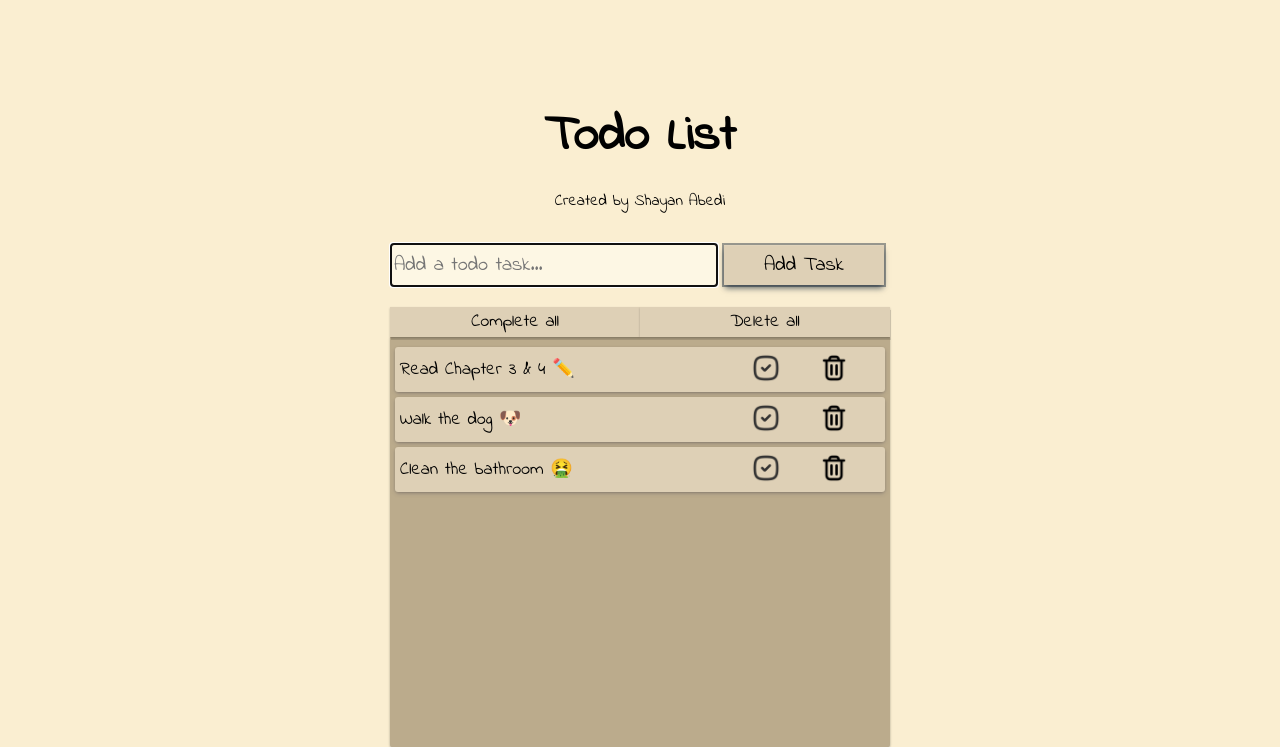
Repository: shayanabedi98/todo-list
Page: /
These files come from the project's save history. The page is drawn as it stood at one moment and after the next save; the edit follows.
The browser window is 1280 px wide. The pictures show the whole page.
The first visible `.create-task input` has the focus.
The project was rebuilt for these pictures with package versions that can differ from the ones it lists, and the page was loaded fresh each time. Also part of the build but not shown: vite.config.js.

Above is the page before, as saved 2023-12-30 20:23:09.

### index.html
<!doctype html>
<html lang="en">
  <head>
    <meta charset="UTF-8" />
    <link rel="icon" type="image/svg+xml" href="./src/assets/pencil-svgrepo-com.png" />
    <meta name="viewport" content="width=device-width, initial-scale=1.0" />
    <link rel="preconnect" href="https://fonts.googleapis.com">
    <link rel="preconnect" href="https://fonts.gstatic.com" crossorigin>
    <link href="https://fonts.googleapis.com/css2?family=Indie+Flower&display=swap" rel="stylesheet">
    <title>Todo List</title>
  </head>
  <body>
    <div id="root"></div>
    <script type="module" src="/src/main.jsx"></script>
  </body>
</html>

### src/App.jsx
import { useState } from "react";
import { v4 as uuid } from "uuid";
import TodoList from "./TodoList";
import CreateTask from "./CreateTask";
import AffectAll from "./AffectAll";

function App() {
  const [list, setList] = useState([
    { id: uuid(), text: "Read Chapter 3 & 4 ✏️", completed: false },
    { id: uuid(), text: "Walk the dog 🐶", completed: false },
    { id: uuid(), text: "Clean the bathroom 🤮", completed: false },
  ]);
  const [input, setInput] = useState("");

  const addTask = () => {
    if (input.trim() !== "") {
      setList([...list, { id: uuid(), text: input, completed: false }]);
      setInput("");
    }
  };

  const handleChange = (event) => {
    setInput(event.target.value);
  };

  const handleDelete = (taskID) => {
    const newList = list.filter((task) => {
      return task.id !== taskID;
    });
    setList(newList);
  };

  const handleComplete = (taskID) => {
    const newList = list.map((task) => {
      if (task.id === taskID) {
        return { ...task, completed: !task.completed };
      } else {
        return task;
      }
    });
    setList(newList);
  };

  const clearAll = () => {
    setList([]);
  };

  const completeAll = () => {
    const isItCompleted = list.some((task) => !task.completed);
    const newList = list.map((task) => ({ ...task, completed: isItCompleted }));
    setList(newList)
  };

  return (
    <>
      <h1>Todo List</h1>
      <p id="developer">Created by Shayan Abedi</p>
      <CreateTask handleChange={handleChange} input={input} addTask={addTask} />
      <AffectAll clearAll={clearAll} completeAll={completeAll} />
      <TodoList
        list={list}
        handleDelete={handleDelete}
        handleComplete={handleComplete}
      />
    </>
  );
}

export default App;

### src/index.css
body {
  background-color: #faeed1;
  font-family: "Indie Flower", cursive;
  margin: 0;
  padding: 0;
}

h1 {
  font-size: 50px;
  margin-top: 100px;
  margin-bottom: 0;
  text-align: center;
}

.create-task {
  display: grid;
  place-items: center;
  align-content: center;
  grid-template-columns: 1fr 1fr;
  margin: 30px auto 0 auto;
}

.create-task input {
  background-color: #fdf7e4;
  border: 2px solid black;
  border-radius: 3px;
  font-size: 20px;
  height: 38px;
  width: 320px;
  font-family: "Indie Flower", cursive;
}

.create-task input:focus {
  border: 2px solid rgb(136, 9, 9);
}

.create-task button {
  background-color: #ded0b6;
  border: none;
  font-family: "Indie Flower", cursive;
  height: 40px;
  width: 160px;
  font-size: 20px;
  box-shadow: rgba(6, 24, 44, 0.4) 0px 0px 0px 2px,
    rgba(6, 24, 44, 0.65) 0px 4px 6px -1px,
    rgba(255, 255, 255, 0.08) 0px 1px 0px inset;
  cursor: pointer;
}

.affect-all {
  display: flex;
  justify-content: space-between;
  margin-top: 20px;
}

.affect-all button {
  background-color: #ded0b6;
  box-shadow: rgba(0, 0, 0, 0.12) 1px 3px, rgba(0, 0, 0, 0.24) 0px 1px 2px;
  border: none;
  font-family: "Indie Flower", cursive;
  height: 30px;
  width: 50%;
  font-size: 18px;
  cursor: pointer;
}

.affect-all button:active {
  box-shadow: rgba(0, 0, 0, 0.12) 1px 1px, rgba(0, 0, 0, 0.24) 0px 1px 2px;
}

.list ul {
  margin: 0;
  padding: 5px;
  box-shadow: rgba(0, 0, 0, 0.12) 0px 1px 3px, rgba(0, 0, 0, 0.24) 0px 1px 2px;
  border-radius: 0 0 3px 3px;
  background-color: #bbab8c;
  min-height: 400px;
}

.list li {
  list-style: none;
  display: grid;
  grid-template-columns: 1fr 0.2fr 0.2fr;
  background-color: #ded0b6;
  margin-top: 5px;
  margin-bottom: 5px;
  padding: 5px;
  box-shadow: rgba(50, 50, 93, 0.25) 0px 2px 5px -1px,
    rgba(0, 0, 0, 0.3) 0px 1px 3px -1px;
  border-radius: 3px;
  font-size: 18px;
  align-items: center;
}

#developer,
h1,
.create-task,
.list,
.affect-all {
  width: 500px;
  margin-left: auto;
  margin-right: auto;
}

.list button {
  background-color: #ded0b6;
  height: 35px;
  width: 35px;
  margin: auto 2px;
  cursor: pointer;
  border: none;
  border-radius: 3px;
}

.list img,
.affect-all img {
  height: 30px;
}

#developer {
  text-align: center;
}

@media (max-width: 525px) {
  #developer,
  h1,
  .create-task,
  .list,
  .affect-all {
    width: 400px;
  }

  h1 {
    margin-top: 30px;
  }

  .create-task button {
    width: 120px;
    font-size: 18px;
    height: 35px;
  }

  .create-task input {
    width: 270px;
    height: 33px;
  }
}

@media (max-width: 420px) {
  #developer,
  h1,
  .create-task,
  .list,
  .affect-all {
    width: 325px;
  }

  button {
    font-size: 16px !important;
  }

  .create-task button {
    width: 105px;
    height: 35px;
  }

  .create-task input {
    width: 210px;
    height: 33px;
    font-size: 18px;
  }

  li {
    font-size: 14px !important;
  }
}

### src/TodoList.jsx
import React from "react";
import trash from "./assets/trash.png";
import check from "./assets/check.png";

const TodoList = ({ handleComplete, handleDelete, list }) => {
  const completedStyle = (condition) => {
    return condition
      ? {
          color: "grey",
          textDecoration: "line-through",
        }
      : {};
  };

  return (
    <div className="list">
      <ul>
        {list.map((task) => {
          return (
            <li key={task.id}>
              <span style={completedStyle(task.completed)}>{task.text}</span>
              <button id="complete" onClick={() => handleComplete(task.id)}>
                <img src={check} alt="checkmark button"/>
              </button>
              <button id="delete" onClick={() => handleDelete(task.id)}>
                <img src={trash} alt="delete button"/>
              </button>
            </li>
          );
        })}
      </ul>
    </div>
  );
};

export default TodoList;

### src/CreateTask.jsx
import React, { useState } from "react";

const CreateTask = ({ input, addTask, handleChange }) => {
  const [placeholder, setPlaceholder] = useState(false);

  const handleFocus = () => {
    setPlaceholder(true);
  };

  const handleBlur = () => {
    setPlaceholder(false)
  }

  return (
    <div className="create-task">
      <input
        maxLength="20"
        onBlur={handleBlur}
        onFocus={handleFocus}
        onKeyDown={(e) => e.key === "Enter" && addTask()}
        placeholder={placeholder ? "Max Characters: 20" : "Add a todo task..."}
        type="text"
        onChange={handleChange}
        value={input}
      />
      <button onClick={addTask}>Add Task</button>
    </div>
  );
};

export default CreateTask;

### src/AffectAll.jsx
import React from "react";


const AffectAll = ({ clearAll, completeAll }) => {
  return (
    <div className="affect-all">
      <button onClick={completeAll}>Complete all</button>
      <button onClick={clearAll}>Delete all</button>
    </div>
  );
};

export default AffectAll;

Loaded but not shown: src/main.jsx (common file)

After the next save:
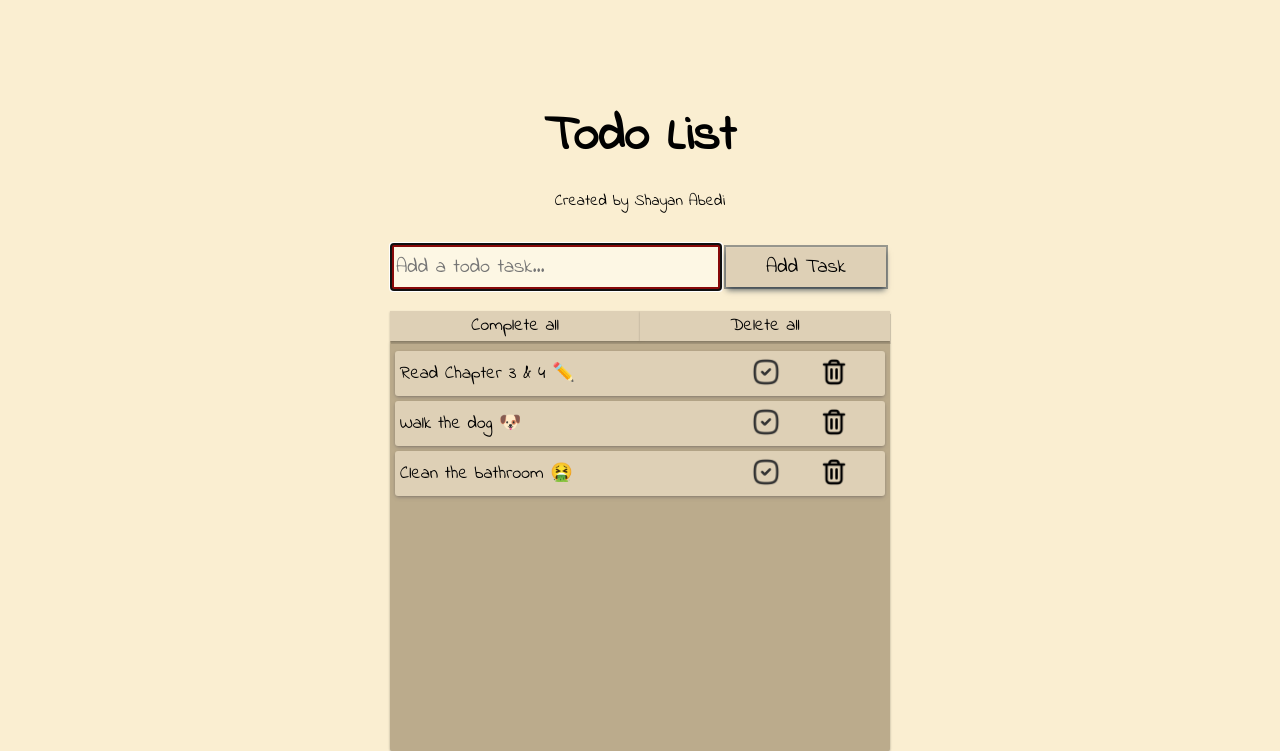
Saved 12 s later.
--- a/src/index.css
+++ b/src/index.css
@@ -31,7 +31,7 @@ h1 {
 }
 
 .create-task input:focus {
-  border: 2px solid rgb(136, 9, 9);
+  border: 4px solid rgb(136, 9, 9);
 }
 
 .create-task button {
